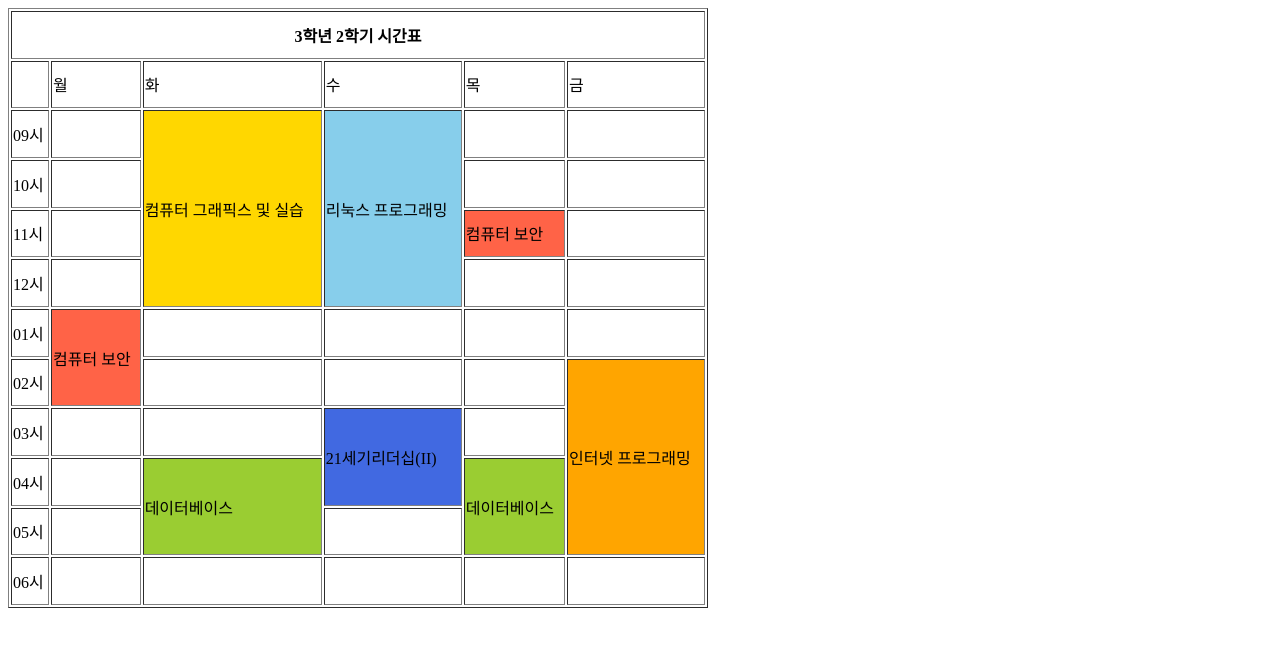
Repository: Cha-Ji/InternetProgramming
Page: week01/WebContent/hw04.html
The author's editor kept a copy of each file at every save. The page is drawn from the files as they stood at one save, then again after the next save.
The browser window is 1280 px wide. The pictures show the whole page.

Above is the page before, as saved 2020-09-06 14:10:37.

After the next save:
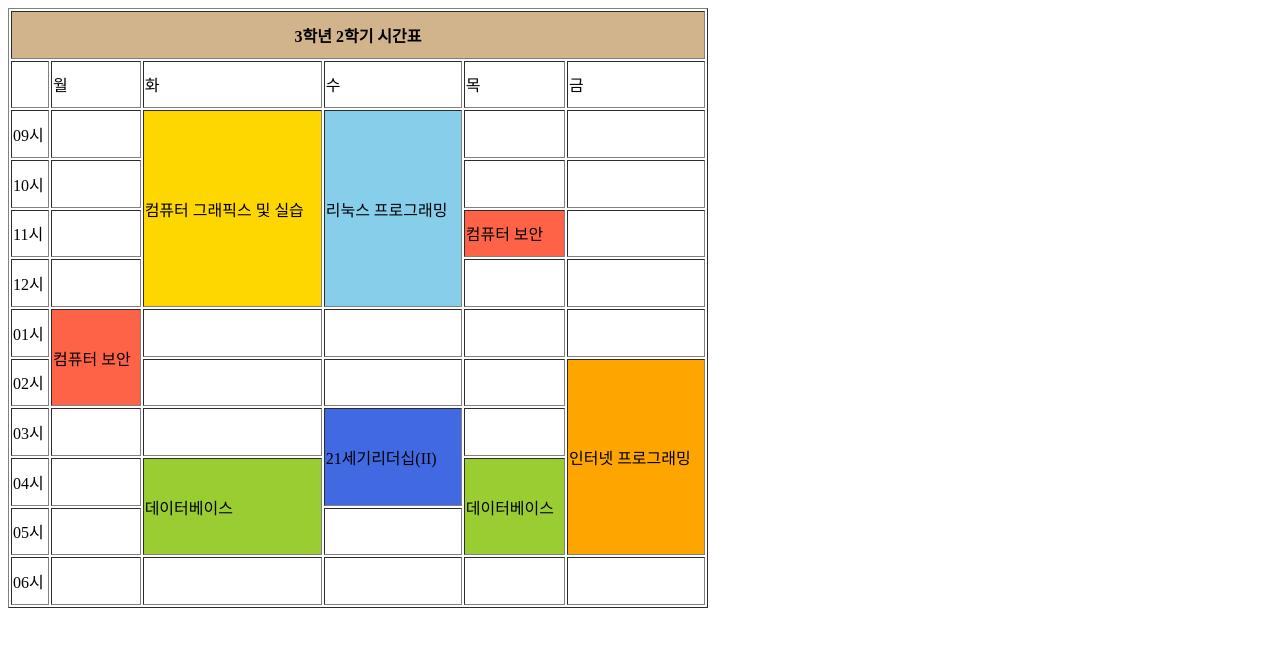
Saved 35 s later.
--- a/week01/WebContent/hw04.html
+++ b/week01/WebContent/hw04.html
@@ -6,7 +6,7 @@
 </head>
 <body>
 	<table border="1" width ="700" height = "600" >
-	<th colspan = "6" fontsize = "20">3학년 2학기 시간표</th>
+	<th colspan = "6" fontsize = "20" bgcolor="tan">3학년 2학기 시간표</th>
 	<tr>
 	    <td></td><td>월</td><td>화</td><td>수</td><td>목</td><td>금</td>
 	</tr>
